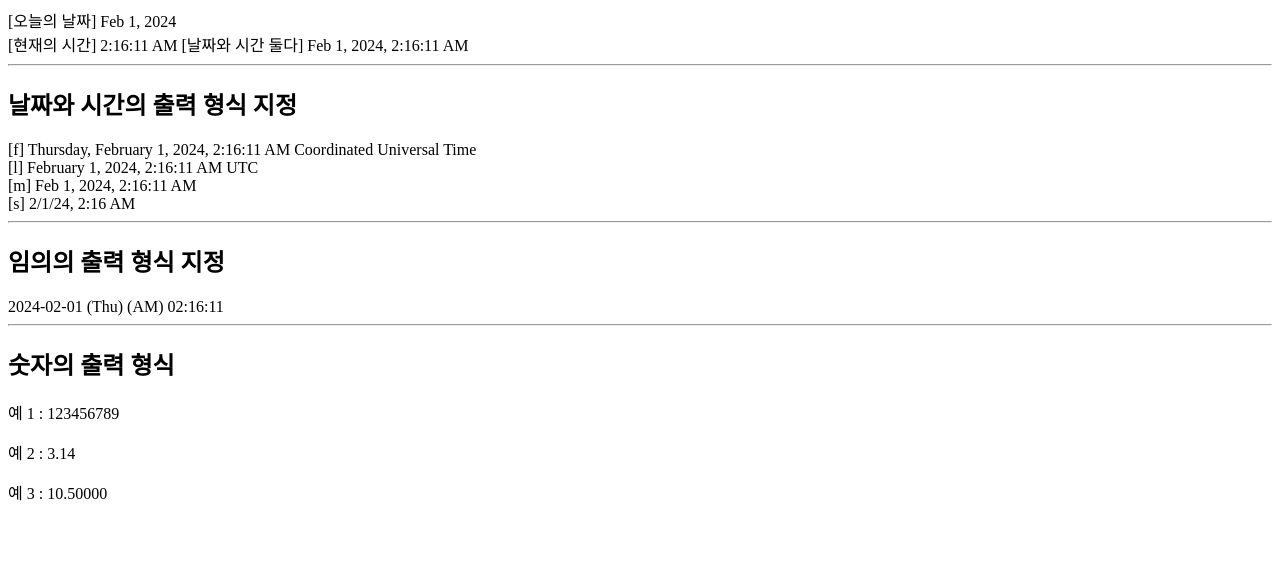
Repository: seonghun9906/sts3-Springboot
Page: http://localhost/spring-jsp02/today
These files come from the project's save history. The page is drawn as it stood at one moment and after a run of saves; the edit follows.
The browser window is 1280 px wide. The pictures show the whole page.
The page is served by Tomcat 9. Other server files are loaded and not shown.

Above is the page before, as saved 2024-02-05 04:48:16.

### spring-jsp02/src/main/webapp/WEB-INF/views/today.jsp
<%@page import="java.util.Date"%>
<%@ page language="java" contentType="text/html; charset=UTF-8"
    pageEncoding="UTF-8"%>
<%@ taglib uri="http://java.sun.com/jsp/jstl/core" prefix="c" %>
<%@ taglib uri="http://java.sun.com/jsp/jstl/fmt" prefix="fmt" %>

<c:set var="date" value="<%=new Date()%>"/>

<!DOCTYPE html>
<html>
<head>
<meta charset="UTF-8">
<title>현재 일시</title>
</head>
<body>
[오늘의 날짜] <fmt:formatDate value="${date}"/><br>
[현재의 시간] <fmt:formatDate value="${date}" type="time"/>
[날짜와 시간 둘다] <fmt:formatDate value="${date}" type="both"/>
<hr>
<h2>날짜와 시간의 출력 형식 지정</h2>
[f] <fmt:formatDate value="${date}" type="both"
		dateStyle="full" timeStyle="full"/><br>
[l] <fmt:formatDate value="${date}" type="both"
		dateStyle="long" timeStyle="long"/><br>
[m] <fmt:formatDate value="${date}" type="both"
		dateStyle="medium" timeStyle="medium"/><br>
[s] <fmt:formatDate value="${date}" type="both"
		dateStyle="short" timeStyle="short"/><br>
<hr>
<h2>임의의 출력 형식 지정</h2>
<fmt:formatDate value="${date}" pattern="yyyy-MM-dd (E)"/>
<fmt:formatDate value="${date}" type="time" pattern="(a) hh:mm:ss"/>

<hr>
<h2>숫자의 출력 형식</h2>
<p>
	예 1 : <fmt:formatNumber value = "123456789" groupingUsed="false"/> <!-- True면 123,456,789 형식으로 나옴 -->
</p>
<p>
	예 2 : <fmt:formatNumber value= "3.141592" pattern="#.##"/> <!-- #개수만큼 출력됨 -->
</p>
<p>
	예 3  : <fmt:formatNumber value="10.5" pattern="#.00000"/>
</p>
</body>
</html>

After the next 2 saves:
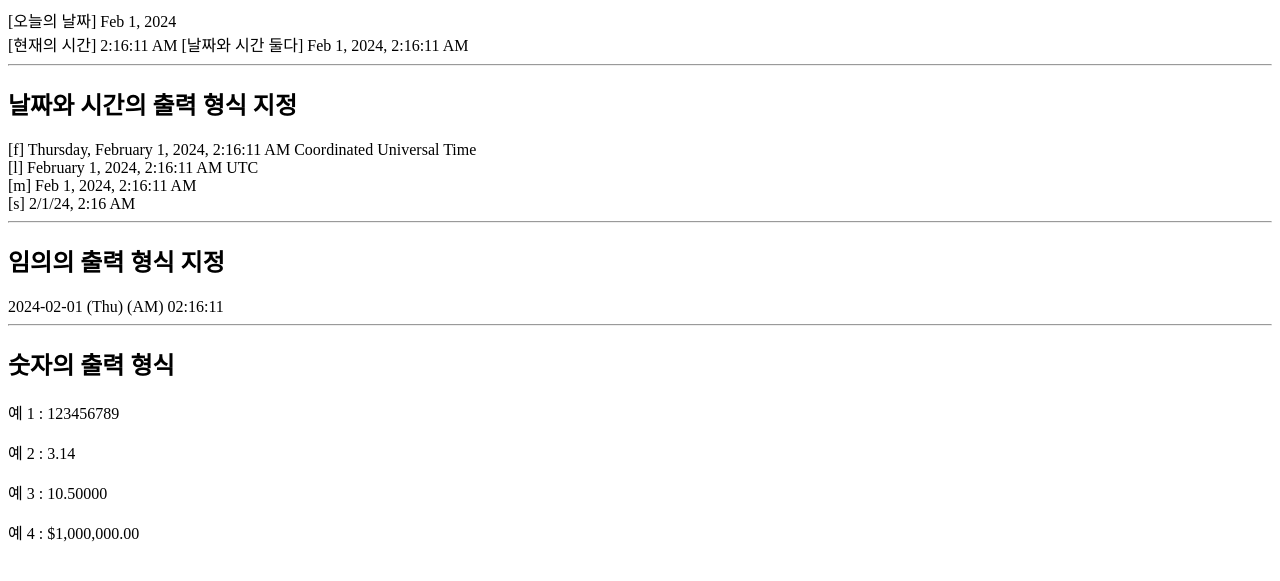
The 2 saves are shown as one change because they came seconds apart.
The last was saved 74 s later.
--- a/spring-jsp02/src/main/webapp/WEB-INF/views/today.jsp
+++ b/spring-jsp02/src/main/webapp/WEB-INF/views/today.jsp
@@ -41,6 +41,11 @@
 </p>
 <p>
 	예 3  : <fmt:formatNumber value="10.5" pattern="#.00000"/>
+
+</p>
+<p>
+	예 4  : <fmt:formatNumber value="1000000" type="currency"/>
+
 </p>
 </body>
 </html>
